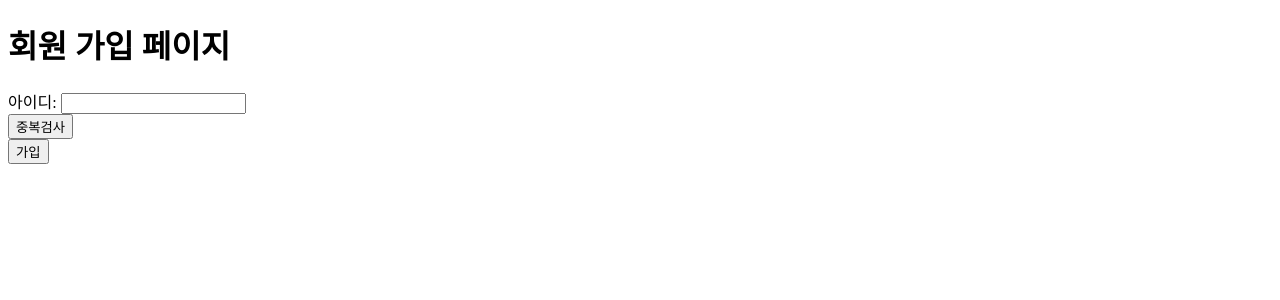
Repository: woneeseo/javastudy
Page: htmlStudy/workspace_html/HelloWorld/WebContent/d.html
These files come from the project's save history. The page is drawn as it stood at one moment and after the next save; the edit follows.
The browser window is 1280 px wide. The pictures show the whole page.

Above is the page before, as saved 2020-12-04 07:04:49.

### htmlStudy/workspace_html/HelloWorld/WebContent/d.html
<!DOCTYPE html>
<html>
<head>
<meta charset="UTF-8">
<title>Insert title here</title>
</head>
<body>

<h1>회원 가입 페이지</h1>

<form action="a.html" method="post">

	<label for="id">아이디: </label>
	<input id = "id" name="id"> <br> <button>중복검사</button>
	<!-- lable : 직접 input태그를 클릭하지 않아도 레이블 부분을 클릭하면 커서가 input창으로 감 -->
	<!-- id와 label을 묶어 줄 때에는 별도의 id를 만들어서 label태그에 for를 이용해 묶어준다. -->
	<br>
	<input type="submit" value="가입">

</form>

</body>
</html>

After the next save:
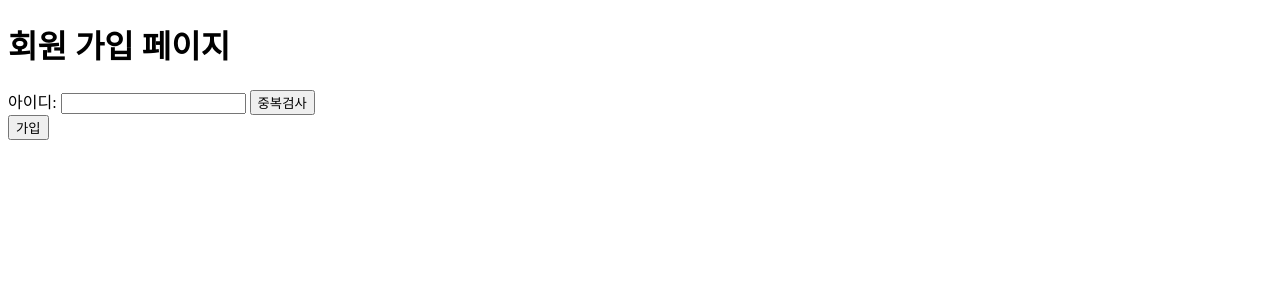
Saved 17 s later.
--- a/htmlStudy/workspace_html/HelloWorld/WebContent/d.html
+++ b/htmlStudy/workspace_html/HelloWorld/WebContent/d.html
@@ -11,7 +11,7 @@
 <form action="a.html" method="post">
 
 	<label for="id">아이디: </label>
-	<input id = "id" name="id"> <br> <button>중복검사</button>
+	<input id = "id" name="id"> <button>중복검사</button>
 	<!-- lable : 직접 input태그를 클릭하지 않아도 레이블 부분을 클릭하면 커서가 input창으로 감 -->
 	<!-- id와 label을 묶어 줄 때에는 별도의 id를 만들어서 label태그에 for를 이용해 묶어준다. -->
 	<br>
